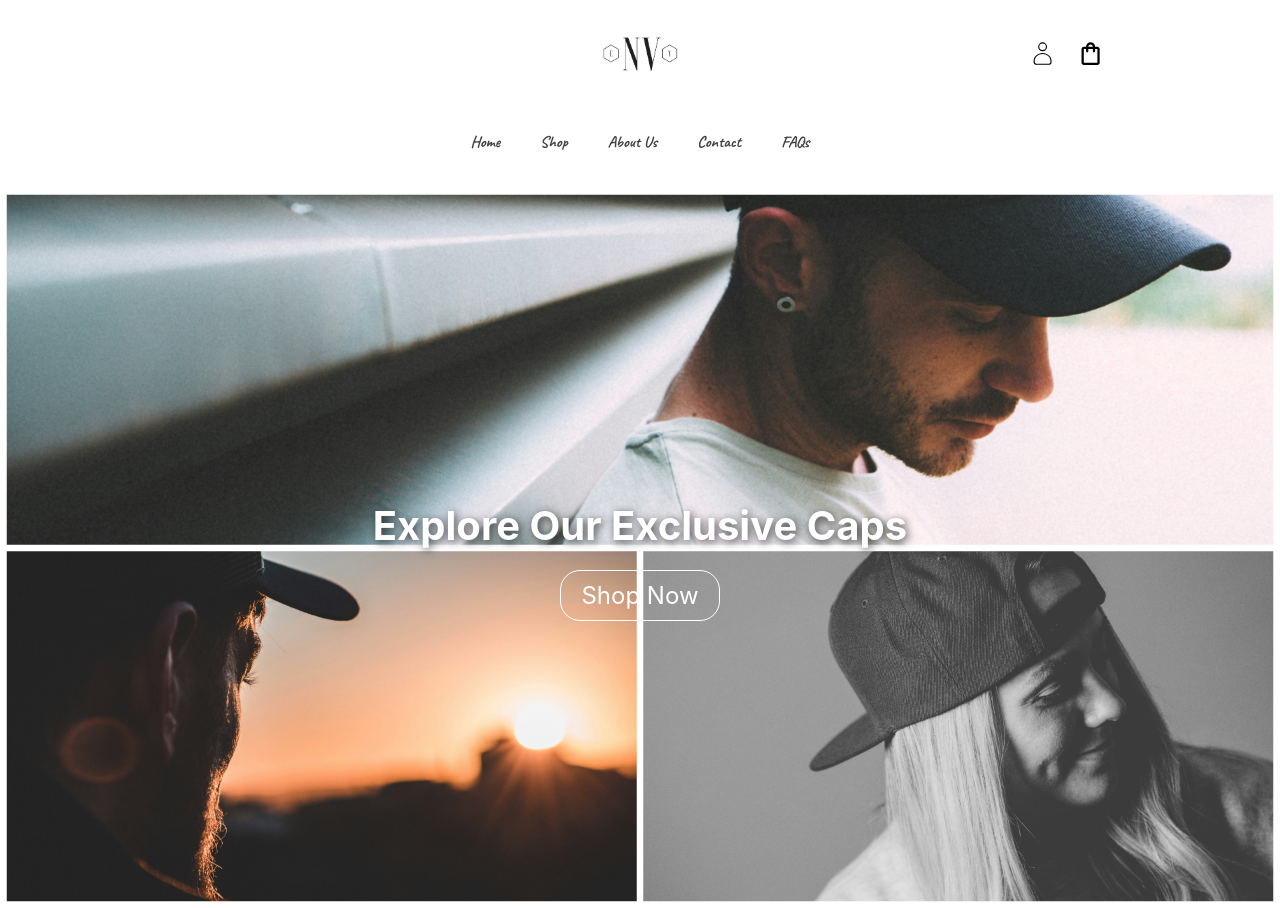
Repository: lasity34/new-envy
Page: / (app in my-new-envy/)
These files come from the project's save history. The page is drawn as it stood at one moment and after the next save; the edit follows.
The browser window is 1280 px wide. The pictures show the whole page.
The project was rebuilt for these pictures with package versions that can differ from the ones it lists, and the page was loaded fresh each time.

Above is the page before, as saved 2024-04-22 11:24:36.

### my-new-envy/public/index.html
<!DOCTYPE html>
<html lang="en">
  <head>
    <meta charset="utf-8" />
    <link rel="icon" href="%PUBLIC_URL%/logo.png" />
    <meta name="viewport" content="width=device-width, initial-scale=1" />
    <meta name="theme-color" content="#000000" />
    <meta
      name="description"
      content="Web site created using create-react-app"
    />
    <link rel="apple-touch-icon" href="%PUBLIC_URL%/logo.png" />
    <!--
      manifest.json provides metadata used when your web app is installed on a
      user's mobile device or desktop. See https://developers.google.com/web/fundamentals/web-app-manifest/
    -->
    <link rel="manifest" href="%PUBLIC_URL%/manifest.json" />
    <!--
      Notice the use of %PUBLIC_URL% in the tags above.
      It will be replaced with the URL of the `public` folder during the build.
      Only files inside the `public` folder can be referenced from the HTML.

      Unlike "/favicon.ico" or "favicon.ico", "%PUBLIC_URL%/favicon.ico" will
      work correctly both with client-side routing and a non-root public URL.
      Learn how to configure a non-root public URL by running `npm run build`.
    -->
    <link rel="preconnect" href="https://fonts.googleapis.com">
<link rel="preconnect" href="https://fonts.gstatic.com" crossorigin>
<link href="https://fonts.googleapis.com/css2?family=Crimson+Text:ital,wght@0,400;0,600;0,700;1,400;1,600;1,700&display=swap" rel="stylesheet">
<link href="https://fonts.googleapis.com/css2?family=Caveat:wght@400..700&display=swap" rel="stylesheet">
    <title>Envy</title>
  </head>
  <body>
    <noscript>You need to enable JavaScript to run this app.</noscript>
    <div id="root"></div>
    <!--
      This HTML file is a template.
      If you open it directly in the browser, you will see an empty page.

      You can add webfonts, meta tags, or analytics to this file.
      The build step will place the bundled scripts into the <body> tag.

      To begin the development, run `npm start` or `yarn start`.
      To create a production bundle, use `npm run build` or `yarn build`.
    -->
  </body>
</html>

### my-new-envy/src/App.tsx

import { BrowserRouter as Router } from 'react-router-dom';
import Header from './components/Header';
import HeroBanner from './components/HeroBanner';

function App() {
  return (
    <Router>
      <div className="App">

          <Header />
          <HeroBanner />
      </div>
    </Router>
  );
}

export default App;

### my-new-envy/src/components/Header.tsx
import styled from "styled-components";
import { Link } from "react-router-dom";
import { CiUser } from "react-icons/ci";
import { MdOutlineShoppingBag } from "react-icons/md";

const HeaderContainer = styled.header`
  font-family: "Caveat", cursive;
  color: black;
  padding: 20px 0px;
  display: flex;
  justify-content: space-between;
  flex-direction: column;
  align-items: center; // Ensure everything in the header is centered
  width: 100%;
  text-align: center; // Centers the text elements within flex items
`;

const BannerContainer = styled.div`
  display: flex;
  justify-content: space-between;
  align-items: center;
  width: 100%;
`;

const SearchContainer = styled.div`
  flex: 1;
  display: flex; // Makes sure the search container can align its children
  justify-content: center; // Centering the search bar or content inside the container
`;

const LogoContainer = styled.div`
  flex: 1;
  display: flex;
  justify-content: center; // Ensure logo is centered
  align-items: center;
`;

const AccountCartContainer = styled.div`
  flex: 1;
  display: flex;
  justify-content: center; // Ensure icons are centered
  align-items: center;
`;

const IconNavLinks = styled.ul`
  display: flex;
  justify-content: center; // This will ensure icons are evenly spaced
  align-items: center;
  list-style: none;
  padding: 0; // Removes padding
  width: 100%; // Ensure it uses the full width available in the container
`;

const IconNavLink = styled.li`
  margin: 0 10px; // Spacing between icons
  a {
    color: black;
    text-decoration: none;
    font-size: 1.7rem;
    display: inline-block;

    &:hover {
      color: #f1c40f; // Color change on hover
    }
  }
`;

const Nav = styled.nav`
  width: 100%;
  display: flex;
  justify-content: center; // Center navigation links horizontally
  align-items: center;
  margin-top: 20px; // Added margin for spacing between banner and nav
`;

const NavLinks = styled.ul`
  list-style: none;
  display: flex;
  justify-content: center; // Ensures links are centered within the navigation
  align-items: center;
  padding: 0;
  width: 100%; // Full width to center all items properly
`;

const NavLink = styled.li`
  margin: 0 20px;
  a {
    color: #433f3e;
    text-decoration: none;
    font-weight: bold;
    position: relative;

    &::after {
      content: '';
      position: absolute;
      bottom: -5px;
      left: 50%;
      width: 0;
      height: 2px;
      background-color: black;
      transition: width 0.5s ease, left 0.5s ease;
      transform: translateX(-50%);
    }

    &:hover::after {
      width: 100%;
      transform: translateX(-50%);
    }
  }
`;

const CapImage = styled.img`
  width: 100px; // Adjust as needed
`;

const Header = () => {
  return (
    <HeaderContainer>
      <BannerContainer>
        <SearchContainer></SearchContainer>
        <LogoContainer>
          <Link to="/">
            <CapImage src="images/logo.png" alt="Queue Caps Logo" />
          </Link>
        </LogoContainer>
        <AccountCartContainer>
          <IconNavLinks>
            <IconNavLink>
              <Link to="/account">
                <CiUser />
              </Link>
            </IconNavLink>
            <IconNavLink>
              <Link to="/cart">
              <MdOutlineShoppingBag />
              </Link>
            </IconNavLink>
          </IconNavLinks>
        </AccountCartContainer>
      </BannerContainer>
      <Nav>
        <NavLinks>
          <NavLink><Link to="/">Home</Link></NavLink>
          <NavLink><Link to="/shop">Shop</Link></NavLink>
          <NavLink><Link to="/about">About Us</Link></NavLink>
          <NavLink><Link to="/contact">Contact</Link></NavLink>
          <NavLink><Link to="/faq">FAQs</Link></NavLink>
        </NavLinks>
      </Nav>
    </HeaderContainer>
  );
};

export default Header;

### my-new-envy/src/components/HeroBanner.tsx
import styled from 'styled-components';
import { Link } from 'react-router-dom';

const BannerContainer = styled.div`
  width: 100vw; // Ensures it takes the full viewport width
  height: 100vh; // Sets the height to full viewport height
  background-image: url('images/hero-background.png'); // Background image for the banner
  background-size: cover; // Ensures the background covers the entire area
  background-repeat: no-repeat; // No repetition of the background image
  background-position: center center; // Centers the background image
  display: flex;
  justify-content: center;
  align-items: center;
  flex-direction: column;
  text-align: center;
  color: white;
  position: relative; // Ensures proper positioning
`;

const Tagline = styled.h1`
  font-size: 2.5rem; // Large font size for main tagline
  margin-bottom: 20px; // Margin below the tagline
  text-shadow: 2px 2px 8px rgba(0,0,0,0.7); // Text shadow for better legibility
`;

const ShopButton = styled(Link)`
  padding: 10px 20px; // Padding for button size
  color: white; // Text color
  font-size: 1.5rem; // Font size for the text on the button
  font-weight: normal; // Normal font weight for thinner text appearance
  background-color: transparent; // Transparent background
  border: 1px solid white; // Thin white border
  border-radius: 20px; // Rounded corners for the button
  text-decoration: none; // No text decoration
  transition: background-color 0.3s, color 0.3s; // Smooth transition for hover effects

  &:hover {
    background-color: white;
    color: black; // Text color changes on hover
  }
`;

const HeroBanner = () => {
  return (
    <BannerContainer>
      <Tagline>Explore Our Exclusive Caps</Tagline>
      <ShopButton to="/shop">Shop Now</ShopButton>
    </BannerContainer>
  );
};

export default HeroBanner;

Loaded but not shown: my-new-envy/src/index.tsx (common file); my-new-envy/src/index.css (common file); my-new-envy/src/reportWebVitals.ts (common file)

After the next save:
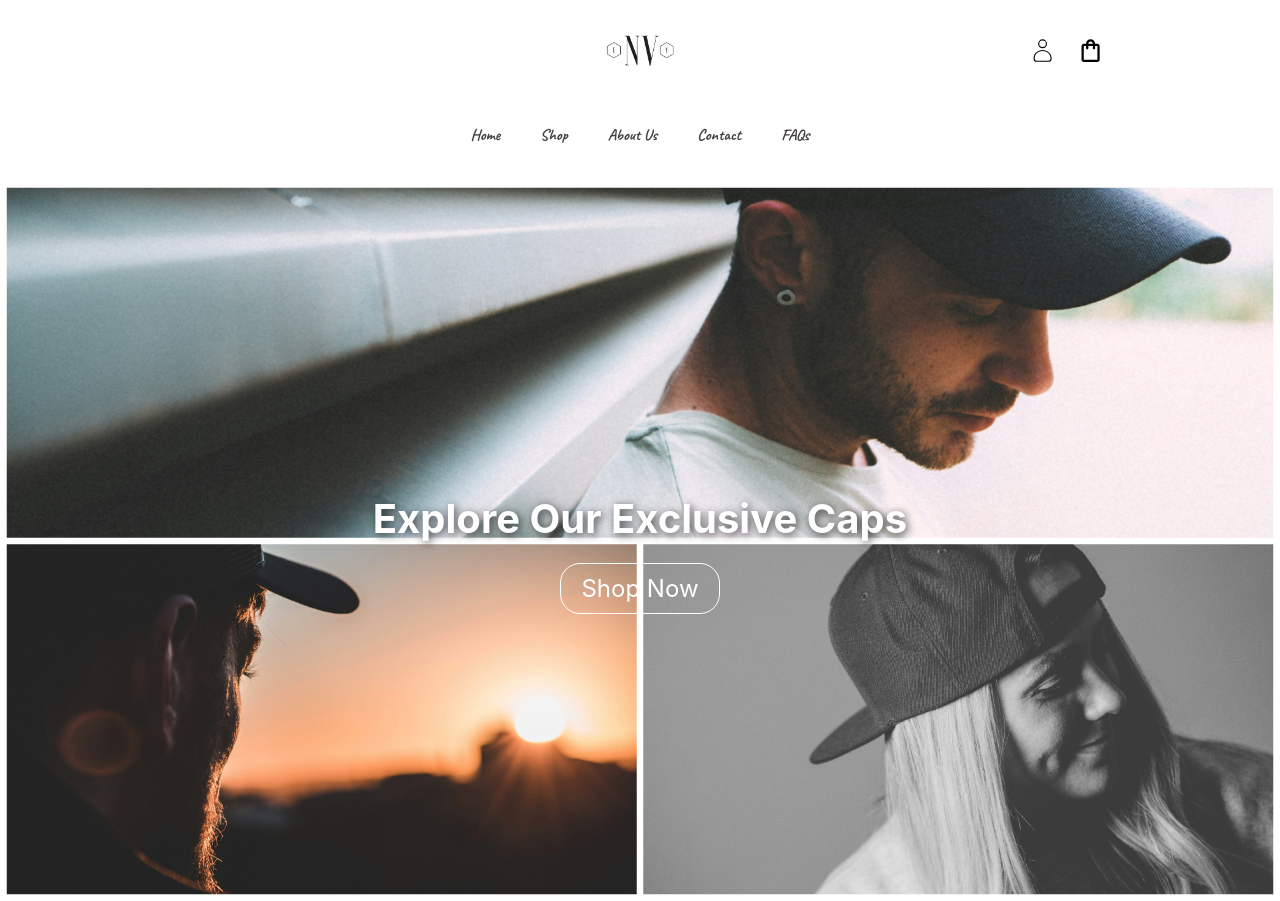
Saved 2 min 34 s later.
--- a/my-new-envy/src/components/Header.tsx
+++ b/my-new-envy/src/components/Header.tsx
@@ -110,7 +110,7 @@ const NavLink = styled.li`
 `;
 
 const CapImage = styled.img`
-  width: 100px; // Adjust as needed
+  width: 90px; // Adjust as needed
 `;
 
 const Header = () => {
